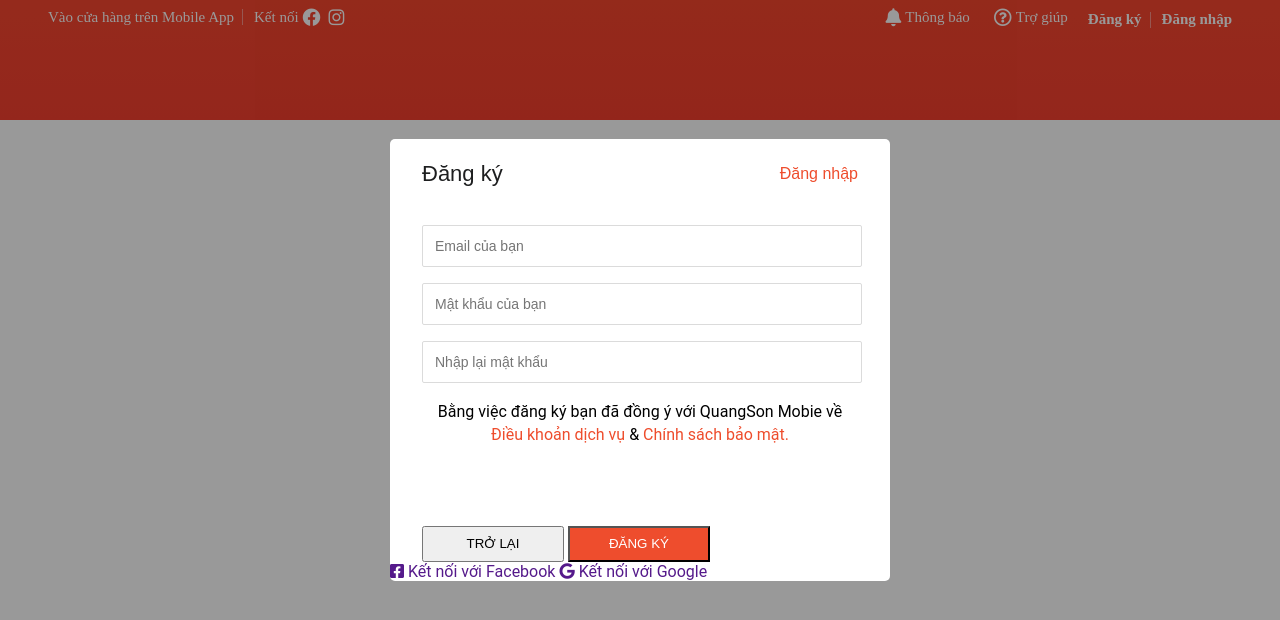
Repository: Qson412/BTL_Web
Page: index.html
An editor plug-in stored every save of this project. The page is shown before and after the next save, followed by the edit.
The browser window is 1280 px wide. The pictures show the whole page.

Above is the page before, as saved 2021-11-29 11:43:00.

### index.html
<!DOCTYPE html>
<html lang="en">

<head>
    <meta charset="UTF-8">
    <meta http-equiv="X-UA-Compatible" content="IE=edge">
    <meta name="viewport" content="width=device-width, initial-scale=1.0">
    <link rel="stylesheet" href="./base.css">
    <link rel="stylesheet" href="./main.css">
    <link rel="stylesheet" href="./fontawesome-free-5.15.4-web/css/all.min.css">
    <title>Trang trủ</title>
</head>

<body>
    <div class="app">
        <!-- HEADER -->
        <header class="header">
            <div class="grid">
                <nav class="header__navbar">
                    <ul class="header__navbar-list">
                        <li class="header__navbar-item header__navbar-item--has-qr header__navbar-item--separate">
                            Vào cửa hàng trên Mobile App
                            <!--Link Dowloads App in QR, GG Play and AppStore-->
                            <div class="header__qr">
                                <img src="./uploads/qr_code.png" alt="QR code" class="header__qr-img">
                                <div class="header__qr-app">
                                    <!--Link Dowloads App in GG Play-->
                                    <a href="https://play.google.com/store/apps/details?id=com.shopee.vn&hl=vi&gl=US"
                                        class="header__qr-link"><img src="./uploads/gg_play.png" alt="Google Play"
                                            class="header__qr-dowloads-img"></a>
                                    <!--Link Dowloads App in AppStore-->
                                    <a href="https://apps.apple.com/vn/app/id959841449" class="header__qr-link"><img
                                            src="./uploads/appstore.png" alt="App Store"
                                            class="header__qr-dowloads-img"></a>
                                </div>
                            </div>
                        </li>
                        <li class="header__navbar-item">
                            <span class="header__navbar-title--no-poiter">Kết nối</span>
                            <a href="https://www.facebook.com/" class="header__navbar-icon-link"><i
                                    class="header__navbar-icon fab fa-facebook"></i></a>
                            <a href="https://www.instagram.com/" class="header__navbar-icon-link"><i
                                    class="header__navbar-icon fab fa-instagram"></i></a>
                        </li>
                    </ul>

                    <ul class="header__navbar-list">
                        <li class="header__navbar-item header__navbar-item--has-notify"><a href="" class="header__navbar-item-link">
                                <i class="header__navbar-icon fas fa-bell"></i>
                                Thông báo</a>
                                <!-- Header Notification-->
                                <div class="header__notify">
                                    <header class="header__notify-header">
                                        <h3> Thông báo mới nhận</h3>
                                    </header>
                                    <ul class="header__notify-list">
                                        <li class="header__notify-item header__notify-item--viewed">
                                            <a href="" class="header__notify-link">
                                                <img src="https://cf.shopee.vn/file/3096ba0dd1902385608dca97184bb28b_tn" alt="" class="header__notify-img">
                                                <div class="header__notify-info">
                                                    <span class="header__notify-name">
                                                        Dòng điện thoại SamSung chính hãng vừa ra mắt. </span>
                                                    <span class="header__notify-descriotion">
                                                        Mô tả: SamSung Galaxy Z Fold3 5G.
                                                    </span>
                                                </div>
                                            </a>
                                        </li>

                                        <li class="header__notify-item header__notify-item--viewed">
                                            <a href="" class="header__notify-link">
                                                <img src="https://cf.shopee.vn/file/98a817a6d4d54cbe3c3f241815fc9c8f" alt="" class="header__notify-img">
                                                <div class="header__notify-info">
                                                    <span class="header__notify-name">
                                                        Siêu sale hàng chính hãng cùng Oppo </span>
                                                    <span class="header__notify-descriotion">
                                                        Mô tả: OPPO RENO 6(8GB | 128GB) - Hàng chính hãng.
                                                    </span>
                                                </div>
                                            </a>
                                        </li>

                                        <li class="header__notify-item header__notify-item--viewed">
                                            <a href="" class="header__notify-link">
                                                <img src="https://cf.shopee.vn/file/cd2c1b70c092a7ce16bf17bdd33a638e" alt="" class="header__notify-img">
                                                <div class="header__notify-info">
                                                    <span class="header__notify-name">
                                                        Xiaomi đang giảm giá dòng sản phẩm mới với giá cực sốc.</span>
                                                    <span class="header__notify-descriotion">
                                                        Mô tả: Xiaomi Redmi 10(4GB|128GB) - Hàng chính hãng.
                                                    </span>
                                                </div>
                                            </a>
                                        </li>
                                    </ul>
                                    <footer class="header__notify-footer">
                                        <a href="" class="header__notify-footer-btn">Xem tất cả</a>
                                    </footer>
                                </div>
                        </li>
                        <li class="header__navbar-item"><a href="" class="header__navbar-item-link">
                                <i class="header__navbar-icon far fa-question-circle"></i>
                                Trợ giúp</a>
                        </li>
                        <li class="header__navbar-item header__navbar-item--strong header__navbar-item--separate">Đăng
                            ký</li>
                        <li class="header__navbar-item header__navbar-item--strong">Đăng nhập</li>
                    </ul>
                </nav>
            </div>

        </header>

        <div class="container">

        </div>

        <footer class="footer">

        </footer>
    </div>
    <!-- Modal Body-->
    <div class="modal">
        <div class="modal__overlay"> </div>

        <div class="modal__body">

            <!-- Regiser/Login Form-->
            <div class="auth-form">
                <div class="auth-form__container">
                    <div class="auth-form__header">
                        <h3 class="auth-form__heading">Đăng ký</h3>
                        <span class="auth-form__switch-btn">Đăng nhập</span>
                    </div>

                    <div class="auth-form__form">
                        <div class="auth-form__group">
                            <input type="text" class="auth-form__input" placeholder="Email của bạn">
                        </div>
                        <div class="auth-form__group">
                            <input type="password" class="auth-form__input" placeholder="Mật khẩu của bạn">
                        </div>
                        <div class="auth-form__group">
                            <input type="password" class="auth-form__input" placeholder="Nhập lại mật khẩu">
                        </div>
                    </div>
                    <div class="auth-form__aside">
                        <p class="auth-form__policy-text">Bằng việc đăng ký bạn đã đồng ý với QuangSon Mobie về
                            <a href="" class="auth-form__text-link">Điều khoản dịch vụ</a> &
                            <a href="" class="auth-form__text-link">Chính sách bảo mật.</a>
                        </p>
                    </div>
                    <div class="auth-form__controls">
                        <button class="btn">TRỞ LẠI</button>
                        <button class="btn btn--primary">ĐĂNG KÝ</button>
                    </div>
                </div>

                <div class="auth-form__socials">
                    <a href="" class="btn btn--with-icon">
                        <i class="fab fa-facebook-square"></i>
                        Kết nối với Facebook</a>
                    <a href="" class="btn btn--with-icon">
                        <i class="fab fa-google"></i>
                        Kết nối với Google</a>
                </div>
            </div>

        </div>
    </div>
</body>

</html>

### base.css
body{
    margin: 0;
    padding: 0;
    font-family: 'Roboto' , sans-serif;
}
.grid{
    width: 1200px;
    max-width: 100%;
    margin: 0 auto;
}

/* Animation */
@keyframes fadeIn{
    from{
        opacity: 0;
    }
    to{
        opacity: 1;
    }
}
/* Bien ma mau*/
:root{
    --primary-color: #ee4d2d;
    --border-color: #dbdbdb;
}

/* Modal */
.modal{
    position: fixed;
    top: 0;
    right: 0;
    left: 0;
    bottom: 0;
    display: flex;
}

.modal__overlay{
    position: absolute;
    width: 100%;
    height: 100%;
    background-color: rgba(0,0,0, 0.4);
}

.modal__body{
    z-index: 1;
    position: relative;
   background-color: white;
    margin: auto;
    border-radius: 5px;
}
/* Button style */
.btn{
    min-width: 142px;
    height: 36px;
    text-decoration: none;
    outline: none;
}

.btn.btn--primary{
    color: white;
    background-color: var(--primary-color);
}

### main.css
.header{

    height: 120px;
    background-image: linear-gradient(0, #f63f2e, #f7462e);
}
.header__navbar{
    display: flex;
    justify-content: space-between;
}
.header__navbar-list{
    list-style: none;
    padding-left: 0;
    margin-top: 4px;
}

.header__navbar-icon-link{
    color: white;
    text-decoration: none;
}

.header__navbar-icon{
    font-size: 18px;
    margin: 0 4px;
}
.header__navbar-item{
    margin: 0 8px ;
    position: relative;
    min-height: 26px;
}
.header__navbar-item--has-qr:hover .header__qr{
    display: block;
}
.header__navbar-item--has-notify:hover .header__notify{
    display: block;
}
.header__navbar-item,
.header__navbar-item-link{
    display: inline-block;
    font-size: 15px;
    color: white;
    text-decoration: none;
   font-family: 'Times New Roman', Times, serif;
}
.header__navbar-item:hover,
.header__navbar-icon-link:hover,
.header__navbar-item-link:hover{
    cursor: pointer;
    color: rgba(255, 255, 255, 0.7);
}

.header__navbar-item,
.header__navbar-item-link,
.header__navbar-icon-link{
    display: inline-flex;
    align-items: center;
}
.header__navbar-item--strong{
    font-weight: 900;
}

.header__navbar-item--separate::after{
    content: "";
    display: block;
    position: absolute;
    border-left: 1px solid #FB9086;
    height: 16px;
    right: -9px;
    top: 50%;
    transform: translateY(-50%);
}

.header__navbar-title--no-poiter{
    cursor: text;
    color: white;
}

/* Header QR code */
.header__qr{
    width: 175px;
    background-color: white ;
    position: absolute;
    left: 0;
    top: 118%;
    padding: 8px;
    border-radius: 2px;
    display: none;
    animation: fadeIn ease-in 0.5s;
}
.header__qr::before{
    position: absolute;
    left: 0;
    top: -16px;
    width: 100%;
    height: 20px;
    content: "";
    display: block;
}
.header__qr-img{
    width: 100%;
}

.header__qr-app{
    display: flex;
    justify-content: space-between;
    /* width: 100%;*/
}

.header__qr-link:nth-child(1){
    margin-left: 11px;
}
.header__qr-link:nth-child(2){
    margin-right: 11px;
}
.header__qr-dowloads-img{
    height: 16px;
}
/* HEADER NOTI.fication */
.header__notify{
    position: absolute;
    top: 118%;
    width: 404px;
    border: 1px solid #d3d3d3;
    background-color: white;
    right: 0;
    cursor: default;
    transform-origin: calc(100% - 20px) top ;
    animation: headerNotifyGrowth ease-in 0.2s;
    /* Mo rong animation trong truong hop 1 so Web không ho tro Animation */
    -webkit-animation: headerNotifyGrowth ease-in 0.2s;
    will-change: opacity, transform;
    display: none;
}

.header__notify::before{
    content: "";
    border-width: 20px 27px;
    border-style: solid;
    border-color: transparent transparent white transparent;
    position: absolute;
    right: 4px;
    top: -28px;
}

.header__notify::after{
    content: "";
    display: block;
    position: absolute;
    width: 90px;
    height: 20px;
    right: 0;
    top: -16px;
}
@keyframes headerNotifyGrowth{
    from{
        opacity: 0;
        transform: scale(0);
    }
    to{
        opacity: 1;
        transform: scale(1);
    }
}
.header__notify-header{
    height: 40px;
    background-color: white;
}

.header__notify-header h3{
    color: #999;
    margin:0 0 0 12px;
    font-weight: 400;
    font-size: 15px;
    line-height: 40px;
    user-select: none;
}

.header__notify-list{
    padding-left: 0;
}

.header__notify-item{
    display: flex;
}

.header__notify-item:hover{
    background-color: #f7f7f7;
}
.header__notify-item--viewed{
    background-color: rgb(238, 75, 43 , 0.08);
}

.header__notify-link{
    display: flex;
    width: 100%;
    padding: 12px;
    text-decoration: none;
    background-color: rgb(238, 77, 45 , 0.08);
}

.header__notify-img{
    width: 50px;
    object-fit: contain;
}

.header__notify-info{
    margin-left: 12px;
}

.header__notify-name{
    display:block;
    font-size: 14px;
    color: black;
    font-weight: 400;
    line-height: 1.2rem;
}

.header__notify-descriotion{
    display: block;
    font-size: 12px;
    color: #756f6e;
    line-height: 1.6rem;
}

.header__notify-footer{
    display: flex;
}

.header__notify-footer-btn{
    text-decoration: none;
    color: #272626;
    width: 100%;
    padding: 8px 0;
    text-align: center;
}

/* Authel Modal */
.auth-form{
    width: 500px;
}
.auth-form__container{
    padding: 0 32px;
}

.auth-form__header{
    display: flex;
    align-items: center;
    justify-content: space-between;
    font-family: Arial, Helvetica, sans-serif;
}

.auth-form__heading{
    font-size: 22px;
    font-weight: 500;
    color: rgb(29, 30, 31);
}

.auth-form__switch-btn{
    font-size: 16px;
    font-weight: 500;
    color: var(--primary-color);
    cursor: pointer;
}

.auth-form__form{

}

.auth-form__input{
    width: 95%;
    height: 40px;
    margin-top: 16px;
    padding: 0 12px;
    font-size: 14px;
    border-radius: 2px;
    border: 1px solid var(--border-color);
    outline: none;
}

.auth-form__input:focus{
    border-color: #888;
}

.auth-form__aside{
    margin-top: 18px;
}

.auth-form__policy-text{
    font-size: 1rem;
    line-height: 1.4rem;
    text-align: center;

}

.auth-form__text-link{
    font-size: 1rem;
    text-decoration: none;
    color: var(--primary-color);
}

.auth-form__controls{
    margin-top: 80px;
}

Loaded but not shown: fontawesome-free-5.15.4-web/css/all.min.css (library)

After the next save:
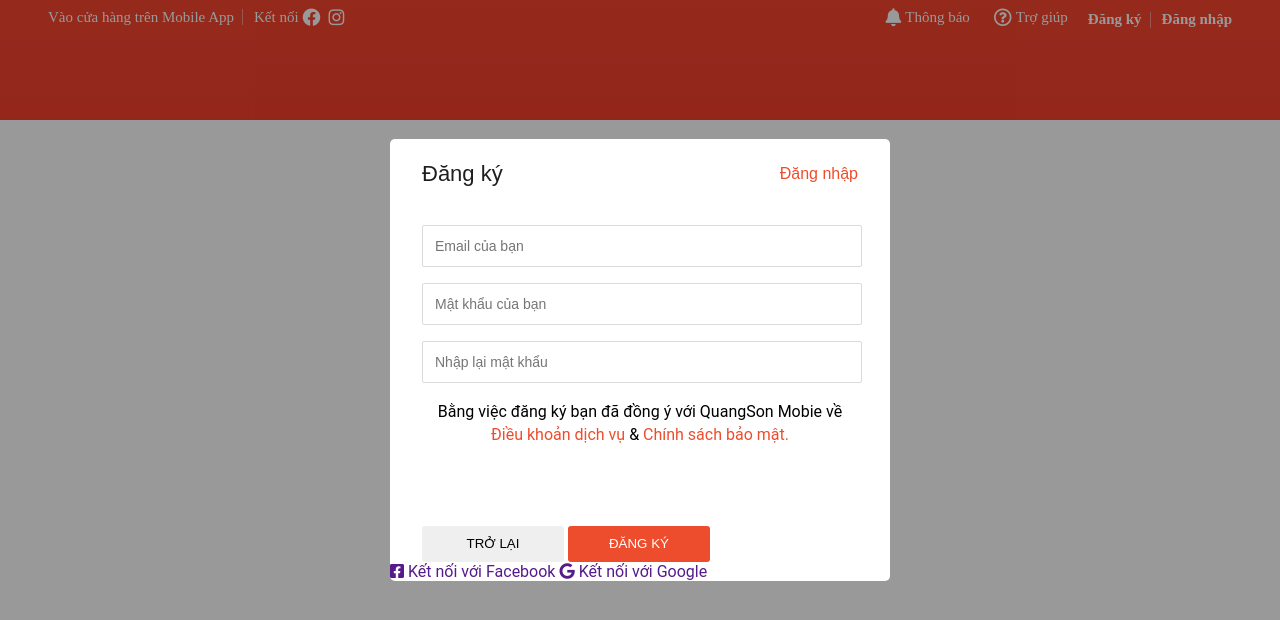
Saved 28 s later.
--- a/base.css
+++ b/base.css
@@ -53,7 +53,8 @@
     min-width: 142px;
     height: 36px;
     text-decoration: none;
-    outline: none;
+    border: none;
+    border-radius: 3px;
 }
 
 .btn.btn--primary{
